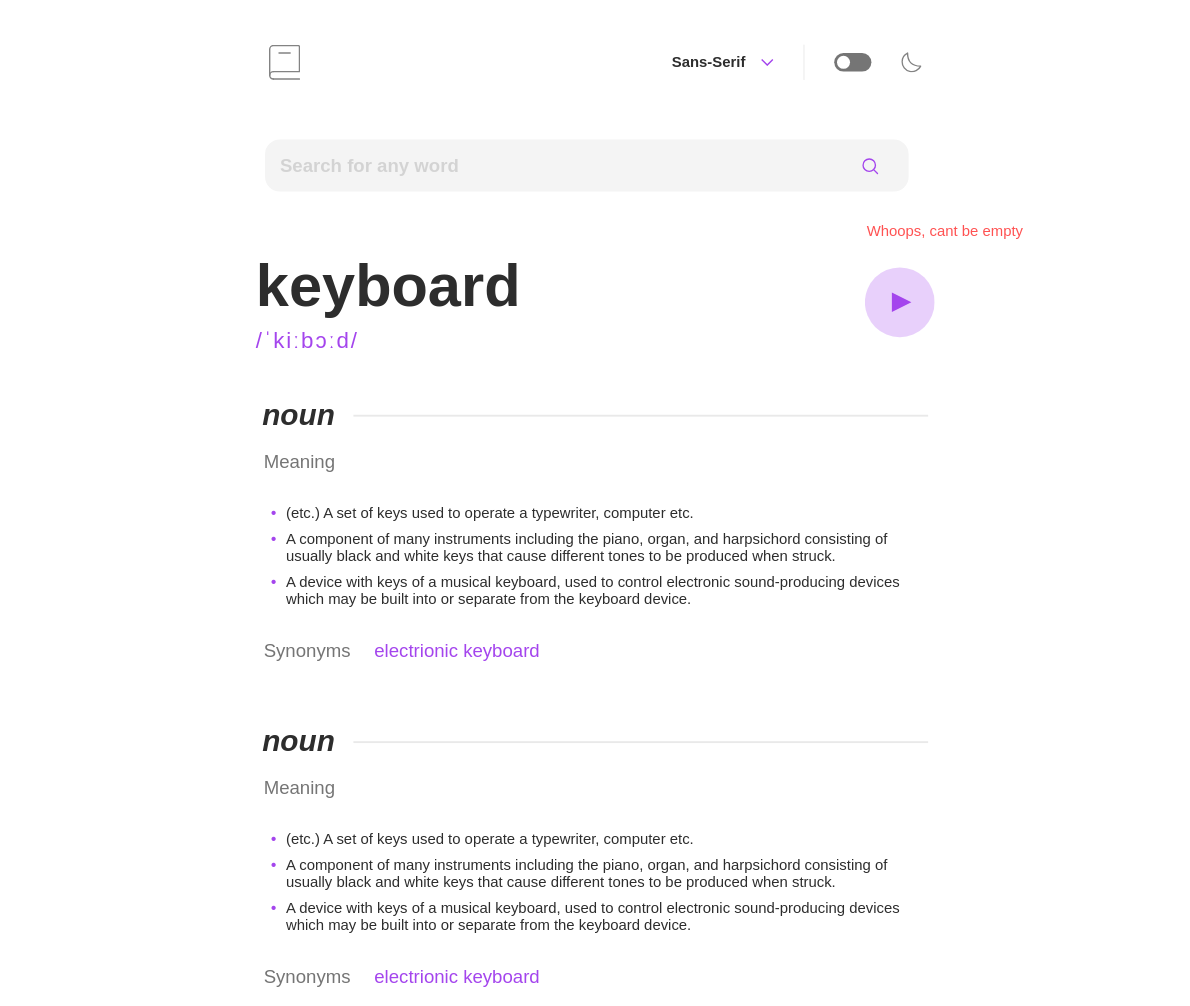
Repository: Arkitecth/dictionary-app
Page: index.html
An editor plug-in stored every save of this project. The page is shown before and after the next save, followed by the edit.
The browser window is 1280 px wide. The pictures show the whole page, at 93% of full size.

Above is the page before, as saved 2023-07-21 17:43:52.

After the next save:
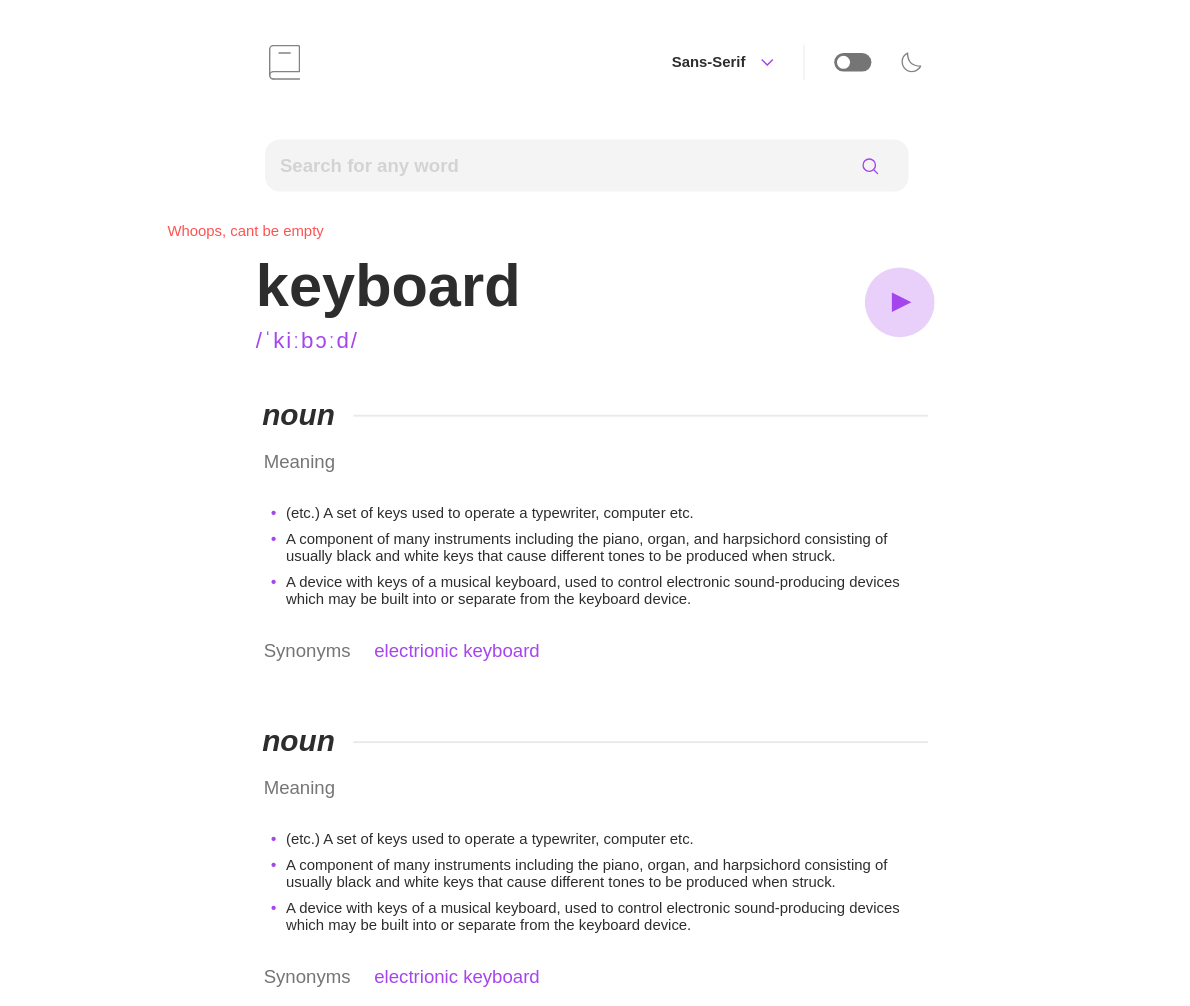
Saved 7 s later.
--- a/styles.css
+++ b/styles.css
@@ -291,7 +291,7 @@
     color: var(--red);
     position: absolute;
     top: 90px;
-    right: 90px;
+    left: 90px;
 }
 
 
